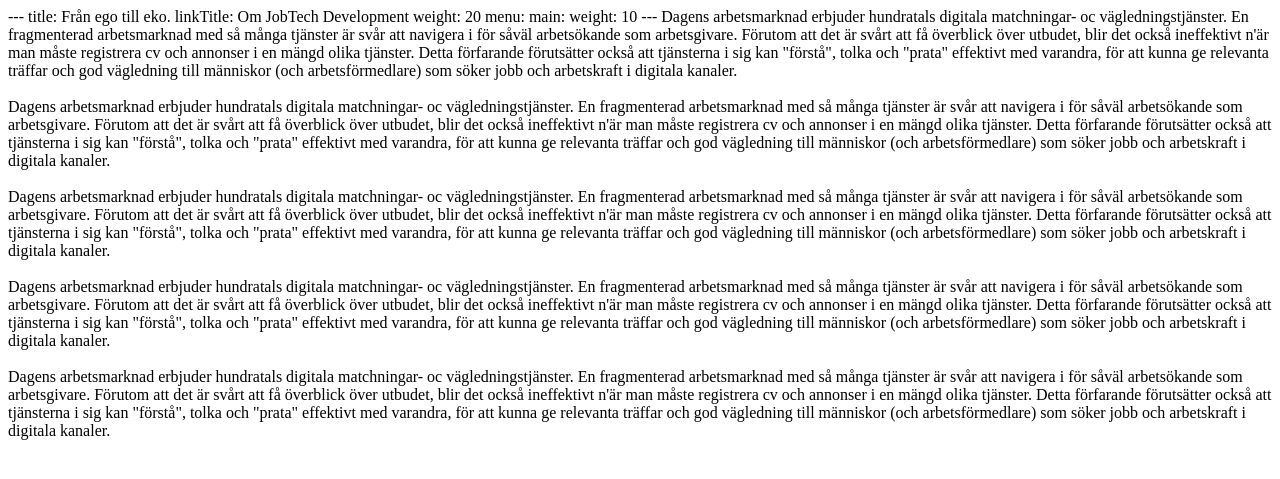
Repository: rudasn/docsy-cms-netlify
Page: content/sv/about/_index.html
These files come from the project's save history. The page is drawn as it stood at one moment and after a run of saves; the edit follows.
The browser window is 1280 px wide. The pictures show the whole page.

Above is the page before, as saved 2021-05-04 15:10:39.

### content/sv/about/_index.html

---
title: Från ego till eko.
linkTitle: Om JobTech Development
weight: 20
menu:
  main:
    weight: 10
---




Dagens arbetsmarknad erbjuder hundratals digitala matchningar- oc  vägledningstjänster.
En fragmenterad arbetsmarknad med så många tjänster är svår att navigera i för såväl arbetsökande som arbetsgivare. Förutom att det är svårt att få överblick över utbudet, blir det också ineffektivt n'är man  måste registrera cv och annonser i en mängd olika tjänster.
Detta förfarande förutsätter också att tjänsterna i sig kan "förstå", tolka och "prata" effektivt med varandra, för att kunna ge relevanta träffar och god vägledning till människor (och arbetsförmedlare)
som söker jobb och arbetskraft i digitala kanaler.  <br>
<br>


Dagens arbetsmarknad erbjuder hundratals digitala matchningar- oc  vägledningstjänster.
En fragmenterad arbetsmarknad med så många tjänster är svår att navigera i för såväl arbetsökande som arbetsgivare. Förutom att det är svårt att få överblick över utbudet, blir det också ineffektivt n'är man  måste registrera cv och annonser i en mängd olika tjänster.
Detta förfarande förutsätter också att tjänsterna i sig kan "förstå", tolka och "prata" effektivt med varandra, för att kunna ge relevanta träffar och god vägledning till människor (och arbetsförmedlare)
som söker jobb och arbetskraft i digitala kanaler.
<br>
<br>


Dagens arbetsmarknad erbjuder hundratals digitala matchningar- oc  vägledningstjänster.
En fragmenterad arbetsmarknad med så många tjänster är svår att navigera i för såväl arbetsökande som arbetsgivare. Förutom att det är svårt att få överblick över utbudet, blir det också ineffektivt n'är man  måste registrera cv och annonser i en mängd olika tjänster.
Detta förfarande förutsätter också att tjänsterna i sig kan "förstå", tolka och "prata" effektivt med varandra, för att kunna ge relevanta träffar och god vägledning till människor (och arbetsförmedlare)
som söker jobb och arbetskraft i digitala kanaler.
<br><br>

Dagens arbetsmarknad erbjuder hundratals digitala matchningar- oc  vägledningstjänster.
En fragmenterad arbetsmarknad med så många tjänster är svår att navigera i för såväl arbetsökande som arbetsgivare. Förutom att det är svårt att få överblick över utbudet, blir det också ineffektivt n'är man  måste registrera cv och annonser i en mängd olika tjänster.
Detta förfarande förutsätter också att tjänsterna i sig kan "förstå", tolka och "prata" effektivt med varandra, för att kunna ge relevanta träffar och god vägledning till människor (och arbetsförmedlare)
som söker jobb och arbetskraft i digitala kanaler.
<br><br>

Dagens arbetsmarknad erbjuder hundratals digitala matchningar- oc  vägledningstjänster.
En fragmenterad arbetsmarknad med så många tjänster är svår att navigera i för såväl arbetsökande som arbetsgivare. Förutom att det är svårt att få överblick över utbudet, blir det också ineffektivt n'är man  måste registrera cv och annonser i en mängd olika tjänster.
Detta förfarande förutsätter också att tjänsterna i sig kan "förstå", tolka och "prata" effektivt med varandra, för att kunna ge relevanta träffar och god vägledning till människor (och arbetsförmedlare)
som söker jobb och arbetskraft i digitala kanaler.

After the next 3 saves:
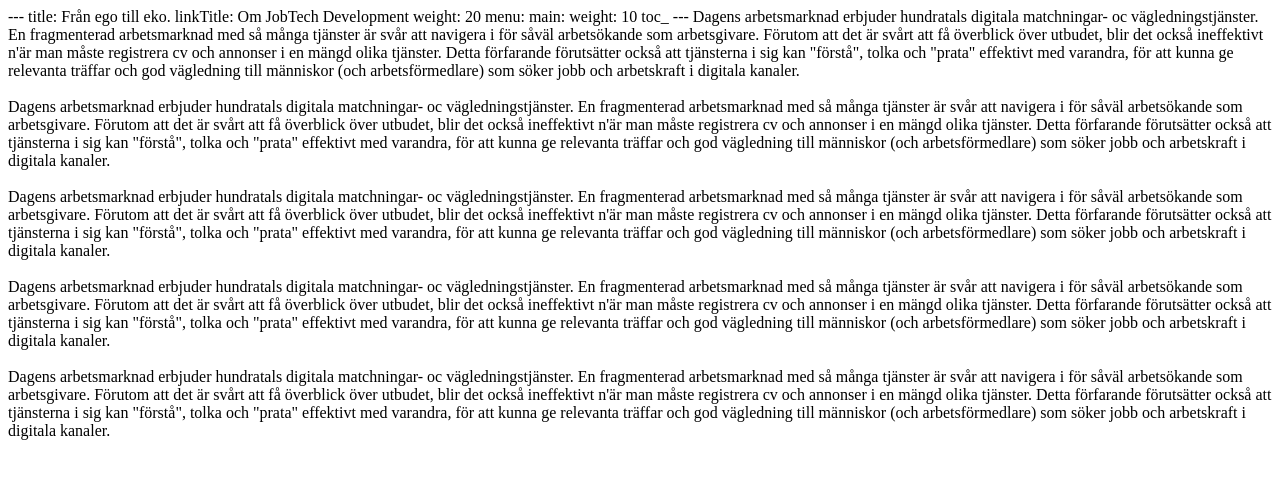
The 3 saves are shown as one change because they came seconds apart.
The last was saved 4 min 52 s later.
--- a/content/sv/about/_index.html
+++ b/content/sv/about/_index.html
@@ -6,6 +6,7 @@
 menu:
   main:
     weight: 10
+toc_
 ---
 
 
